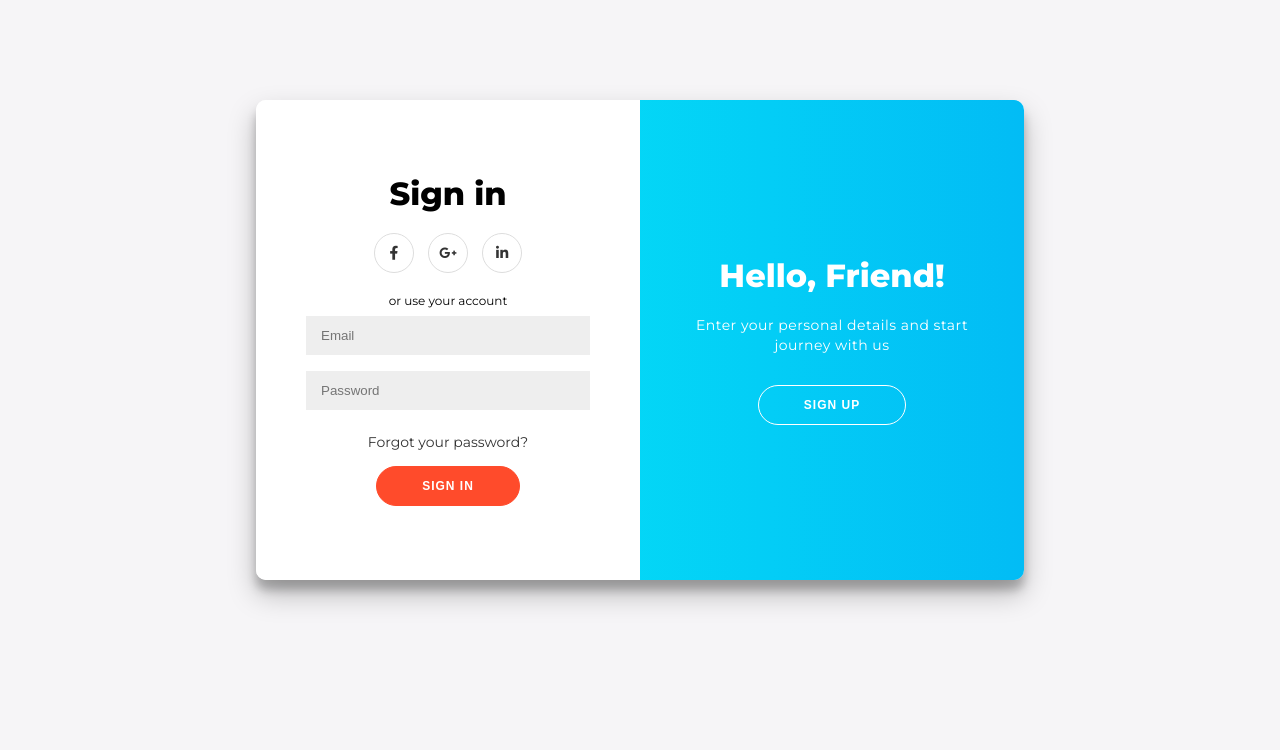
Repository: tranvanthinh/Login_register
Page: index.html
The author's editor kept a copy of each file at every save. The page is drawn from the files as they stood at one save, then again after the next save.
The browser window is 1280 px wide. The pictures show the whole page.
Some web libraries are served in a nearby version.

Above is the page before, as saved 2021-12-30 20:23:16.

### index.html
<!DOCTYPE html>
<html lang="en">
<head>
    <meta charset="UTF-8">
    <meta http-equiv="X-UA-Compatible" content="IE=edge">
    <meta name="viewport" content="width=device-width, initial-scale=1.0">
    <title>Login and Register</title>
    <link rel="stylesheet" href="./css/style.css">
    <link rel="stylesheet" href="https://cdnjs.cloudflare.com/ajax/libs/font-awesome/5.14.0/css/all.min.css">
</head>
<body>
<div class="container" id="container">
  <div class="form-container sign-up-container">
    <form action="#">
      <h1>Create Account</h1>
      <div class="social-container">
        <a href="#" class="social"><i class="fab fa-facebook-f"></i></a>
        <a href="#" class="social"><i class="fab fa-google-plus-g"></i></a>
        <a href="#" class="social"><i class="fab fa-linkedin-in"></i></a>
      </div>
      <span>or use your email for registration</span>
      <input type="text" placeholder="Name" />
      <input type="email" placeholder="Email" />
      <input type="password" placeholder="Password" />
      <button>Sign Up</button>
    </form>
  </div>
  <div class="form-container sign-in-container">
    <form action="#">
      <h1>Sign in</h1>
      <div class="social-container">
        <a href="#" class="social"><i class="fab fa-facebook-f"></i></a>
        <a href="#" class="social"><i class="fab fa-google-plus-g"></i></a>
        <a href="#" class="social"><i class="fab fa-linkedin-in"></i></a>
      </div>
      <span>or use your account</span>
      <input type="email" placeholder="Email" />
      <input type="password" placeholder="Password" />
      <a href="#">Forgot your password?</a>
      <button>Sign In</button>
    </form>
  </div>
  <div class="overlay-container">
    <div class="overlay">
      <div class="overlay-panel overlay-left">
        <h1>Welcome Back!</h1>
        <p>To keep connected with us please login with your personal info</p>
        <button class="ghost" id="signIn">Sign In</button>
      </div>
      <div class="overlay-panel overlay-right">
        <h1>Hello, Friend!</h1>
        <p>Enter your personal details and start journey with us</p>
        <button class="ghost" id="signUp">Sign Up</button>
      </div>
    </div>
  </div>
</div>

<script>
    let signUpButton = document.getElementById('signUp');
    let signInButton = document.getElementById('signIn');
    let container = document.getElementById('container');

    signUpButton.addEventListener('click', function() {
      container.classList.add("right-panel-active");
  });

    signInButton.addEventListener('click', function() {
      container.classList.remove("right-panel-active");
  });
</script>
</body>
</html>

### css/style.css
@import url('https://fonts.googleapis.com/css?family=Montserrat:400,800');

* {
  margin: 0;
  padding: 0;
  box-sizing: border-box;
}

body {
  background: #f6f5f7;
  display: flex;
  justify-content: center;
  align-items: center;
  flex-direction: column;
  font-family: 'Montserrat', sans-serif;
  height: 100vh;
  margin: -20px 0 50px;
}

h1 {
  font-weight: bold;
  margin: 0;
}

h2 {
  text-align: center;
}

p {
  font-size: 14px;
  font-weight: 100;
  line-height: 20px;
  letter-spacing: 0.5px;
  margin: 20px 0 30px;
}

span {
  font-size: 12px;
}

a {
  color: #333;
  font-size: 14px;
  text-decoration: none;
  margin: 15px 0;
}

button {
  border-radius: 20px;
  border: 1px solid #FF4B2B;
  background-color: #FF4B2B;
  color: #FFFFFF;
  font-size: 12px;
  font-weight: bold;
  padding: 12px 45px;
  letter-spacing: 1px;
  text-transform: uppercase;
  transition: transform 80ms ease-in;
  cursor: pointer;
}

button:active {
  transform: scale(0.9);
}

button:focus {
  outline: none;
}

button.ghost {
  background-color: transparent;
  border-color: #FFFFFF;
}

form {
  background-color: #FFFFFF;
  display: flex;
  align-items: center;
  justify-content: center;
  flex-direction: column;
  padding: 0 50px;
  height: 100%;
  text-align: center;
}

input {
  background-color: #eee;
  border: none;
  padding: 12px 15px;
  margin: 8px 0;
  width: 100%;
  outline: none;
}

.container {
  background-color: #fff;
  border-radius: 10px;
  box-shadow: 0 14px 28px rgba(0,0,0,0.25),
      0 10px 10px rgba(0,0,0,0.22);
  position: relative;
  overflow: hidden;
  width: 768px;
  max-width: 100%;
  min-height: 480px;
}

.form-container {
  position: absolute;
  top: 0;
  height: 100%;
  transition: all 0.6s ease-in-out;
}

.sign-in-container {
  left: 0;
  width: 50%;
  z-index: 2;
}

.container.right-panel-active .sign-in-container {
  transform: translateX(100%);
}

.sign-up-container {
  left: 0;
  width: 50%;
  opacity: 0;
  z-index: 1;
}

.container.right-panel-active .sign-up-container {
  transform: translateX(100%);
  opacity: 1;
  z-index: 5;
  animation: show 0.6s;
}

@keyframes show {
  0%, 49.99% {
    opacity: 0;
    z-index: 1;
  }

  50%, 100% {
    opacity: 1;
    z-index: 5;
  }
}

.overlay-container {
  position: absolute;
  top: 0;
  left: 50%;
  width: 50%;
  height: 100%;
  overflow: hidden;
  transition: transform 0.6s ease-in-out;
  z-index: 100;
}

.container.right-panel-active .overlay-container{
  transform: translateX(-100%);
}

.overlay {
  background-color: #FF416C;
  background: -webkit-linear-gradient(to right, #05f0f8, #02bcf5);
  background: linear-gradient(to right, #05f0f8, #02bcf5);
  background-repeat: no-repeat;
  background-size: cover;
  background-position: 0 0;
  color: #FFFFFF;
  position: relative;
  left: -100%;
  height: 100%;
  width: 200%;
    transform: translateX(0);
  transition: transform 0.6s ease-in-out;
}

.container.right-panel-active .overlay {
    transform: translateX(50%);
}

.overlay-panel {
  position: absolute;
  display: flex;
  align-items: center;
  justify-content: center;
  flex-direction: column;
  padding: 0 40px;
  text-align: center;
  top: 0;
  height: 100%;
  width: 50%;
  transform: translateX(0);
  transition: transform 0.6s ease-in-out;
}

.overlay-left {
  transform: translateX(-20%);
}

.container.right-panel-active .overlay-left {
  transform: translateX(0);
}

.overlay-right {
  right: 0;
  transform: translateX(0);
}

.container.right-panel-active .overlay-right {
  transform: translateX(20%);
}

.social-container {
  margin: 20px 0;
}

.social-container a {
  border: 1px solid #DDDDDD;
  border-radius: 50%;
  display: inline-flex;
  justify-content: center;
  align-items: center;
  margin: 0 5px;
  height: 40px;
  width: 40px;
}

After the next save:
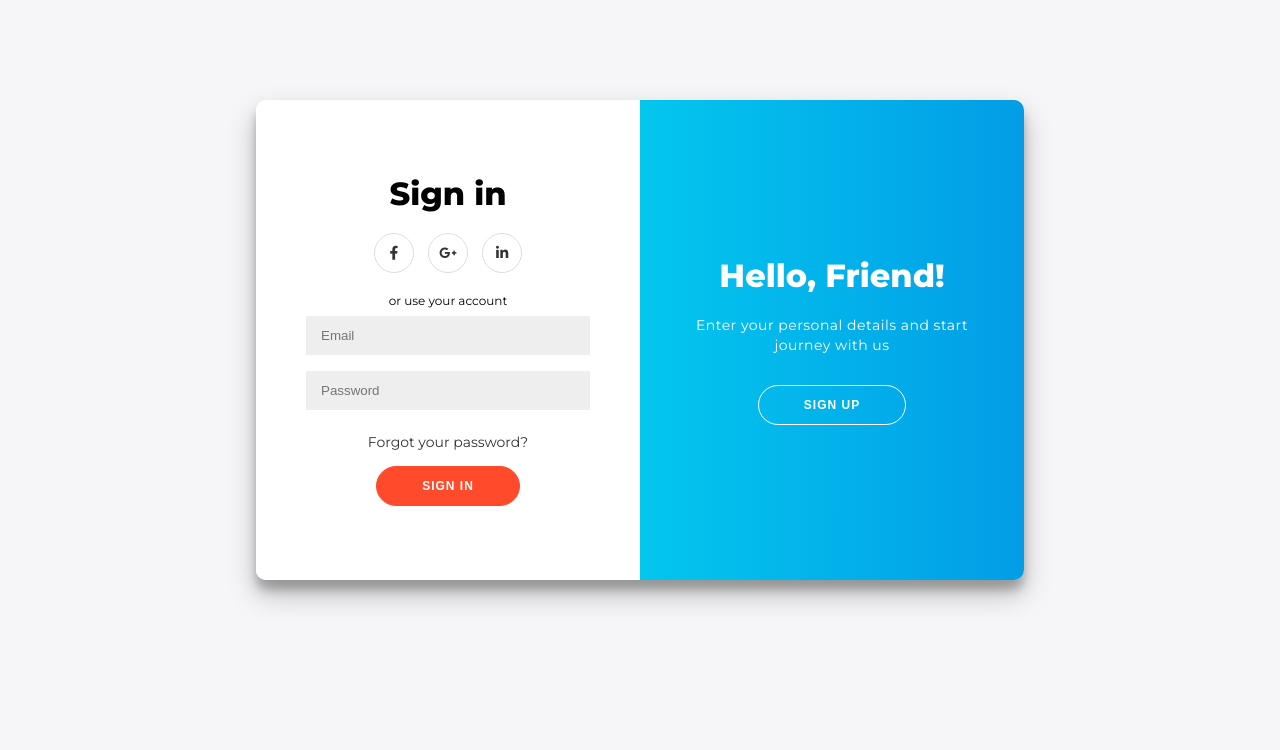
Saved 21 s later.
--- a/css/style.css
+++ b/css/style.css
@@ -164,8 +164,8 @@ input {
 
 .overlay {
   background-color: #FF416C;
-  background: -webkit-linear-gradient(to right, #05f0f8, #02bcf5);
-  background: linear-gradient(to right, #05f0f8, #02bcf5);
+  background: -webkit-linear-gradient(to right, #05f0f8, #029de6);
+  background: linear-gradient(to right, #05f0f8, #029de6);
   background-repeat: no-repeat;
   background-size: cover;
   background-position: 0 0;
